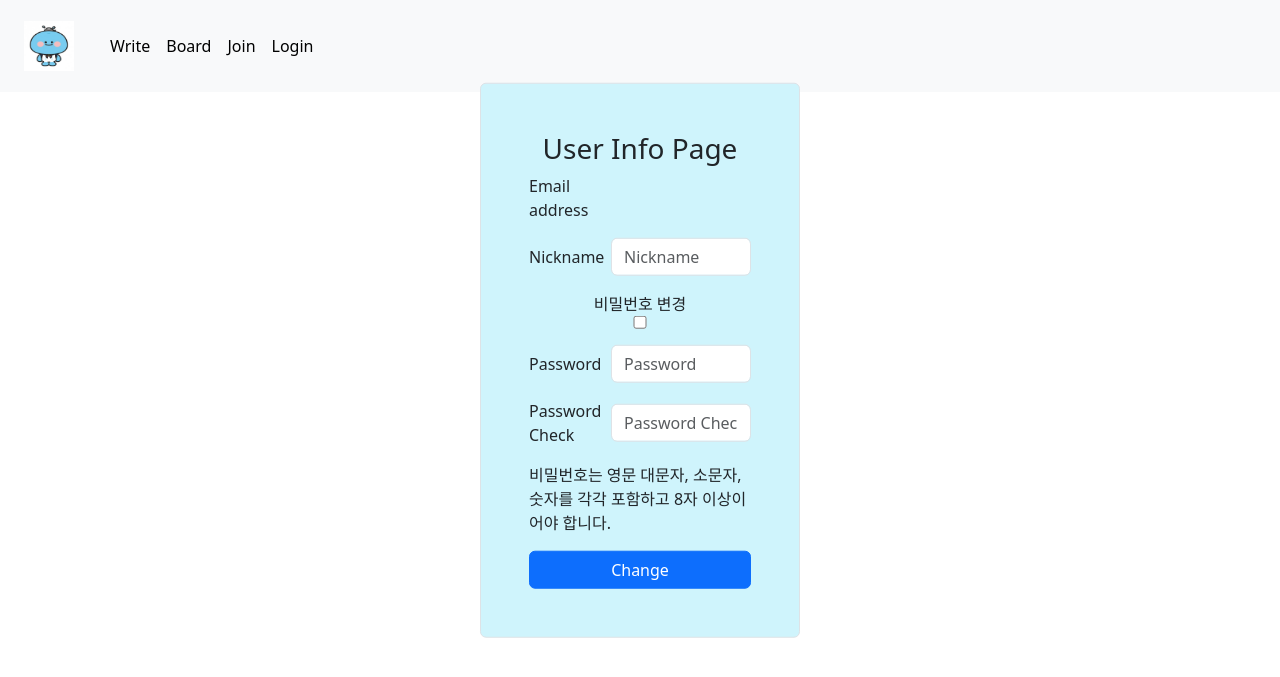
Repository: LeeYouHyeon/6.Spring
Page: http://localhost/spring_project/WEB-INF/views/user/info.jsp
These files come from the project's save history. The page is drawn as it stood at one moment and after the next save; the edit follows.
The browser window is 1280 px wide. The pictures show the whole page.
The page is served by Tomcat 9. Nobody is signed in. The template is opened directly, without the code that normally fills it, so the values that code supplies are empty.

Above is the page before, as saved 2025-06-11 02:38:26.
Console error: TypeError: Cannot read properties of null (reading 'addEventListener')

After the next save:
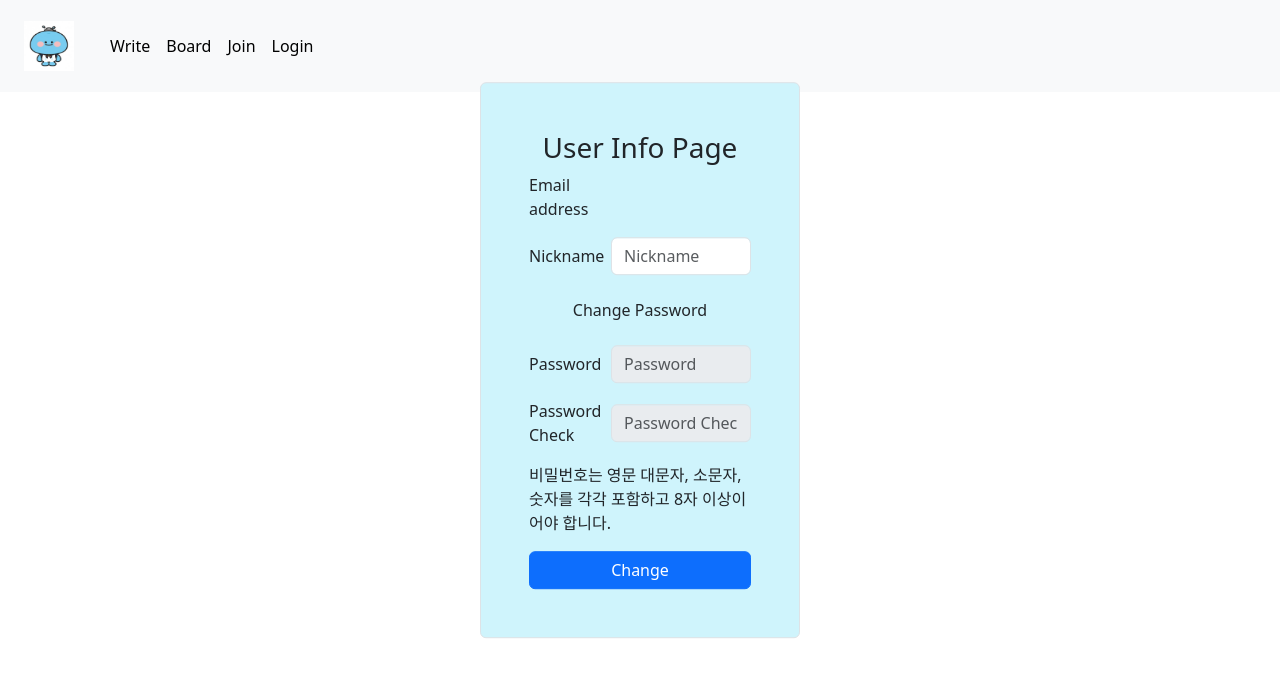
Saved 2 min 29 s later.
--- a/spring_project/src/main/webapp/WEB-INF/views/user/info.jsp
+++ b/spring_project/src/main/webapp/WEB-INF/views/user/info.jsp
@@ -31,7 +31,7 @@
 		</div>
 
 		<div class="mb-3 row justify-content-center align-items-center">
-			비밀번호 변경 <input type="checkbox">
+			<button class="btn col">Change Password</button>
 		</div>
 
 		<div class="mb-3 row align-items-center">
@@ -41,7 +41,8 @@
 					class="form-control"
 					id="pwd"
 					name="pwd"
-					placeholder="Password">
+					placeholder="Password"
+					disabled>
 			</div>
 		</div>
 		<div class="mb-3 row align-items-center">
@@ -50,13 +51,14 @@
 				<input type="password"
 					class="form-control"
 					id="pwdCheck"
-					placeholder="Password Check">
+					placeholder="Password Check"
+					disabled>
 			</div>
 		</div>
 		<div class="mb-3">비밀번호는 영문 대문자, 소문자, 숫자를 각각 포함하고 8자 이상이어야 합니다.</div>
 		<button type="button" class="btn btn-primary w-100" id="joinBtn">Change</button>
 	</form>
 
-	<script type="text/javascript" src="/resources/js/userRegister.js"></script>
+	<script type="text/javascript" src="/resources/js/userInfo.js"></script>
 </div>
 <%@ include file="../layout/footer.jsp"%>
